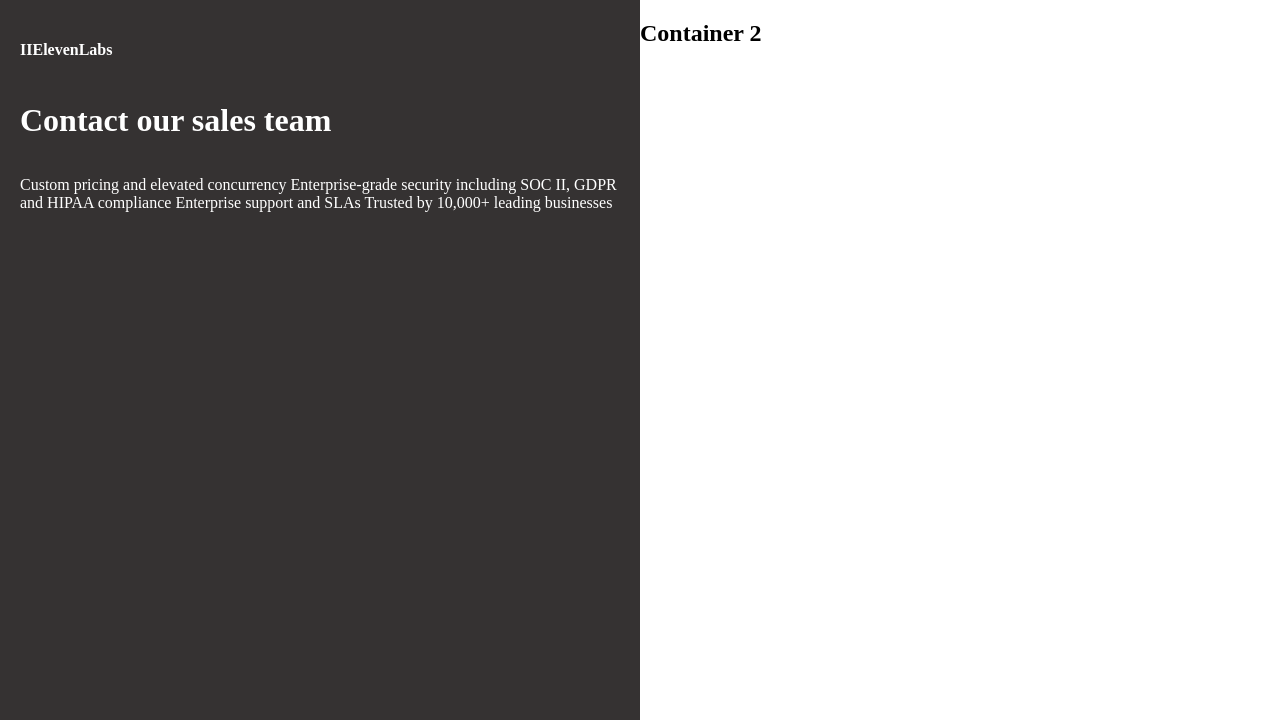
Repository: RohanSai22/harkirat-cohort-learnings
Page: Web/w1_a2.html
These files come from the project's save history. The page is drawn as it stood at one moment and after the next save; the edit follows.
The browser window is 1280 px wide. The pictures show the whole page.

Above is the page before, as saved 2026-03-24 12:05:41.

### Web/w1_a2.html
<html>
    <head>
        <title>Eleven Labs : Sales Page </title>
    </head>
    <body style="margin:0; padding:0">
        <div style ="min-height: 100vh; display: flex;">
            <div style="flex:1;background-color: rgb(53, 50, 50); color: white">
                <div style="display:flex;justify-content: space-between; flex-direction: column; margin: 20px;">
                    <h4>IIElevenLabs</h4>
                    <h1>Contact our sales team</h1>
                    <p>
                    Custom pricing and elevated concurrency
                    Enterprise-grade security including SOC II, GDPR and HIPAA compliance
                    Enterprise support and SLAs
                    Trusted by 10,000+ leading businesses
                    </p>
                </div>
            </div>
            <div style="flex:1;background-color: white;">
                 <h2>Container 2</h2>
            </div>
        </div>
    </body>
</html>

After the next save:
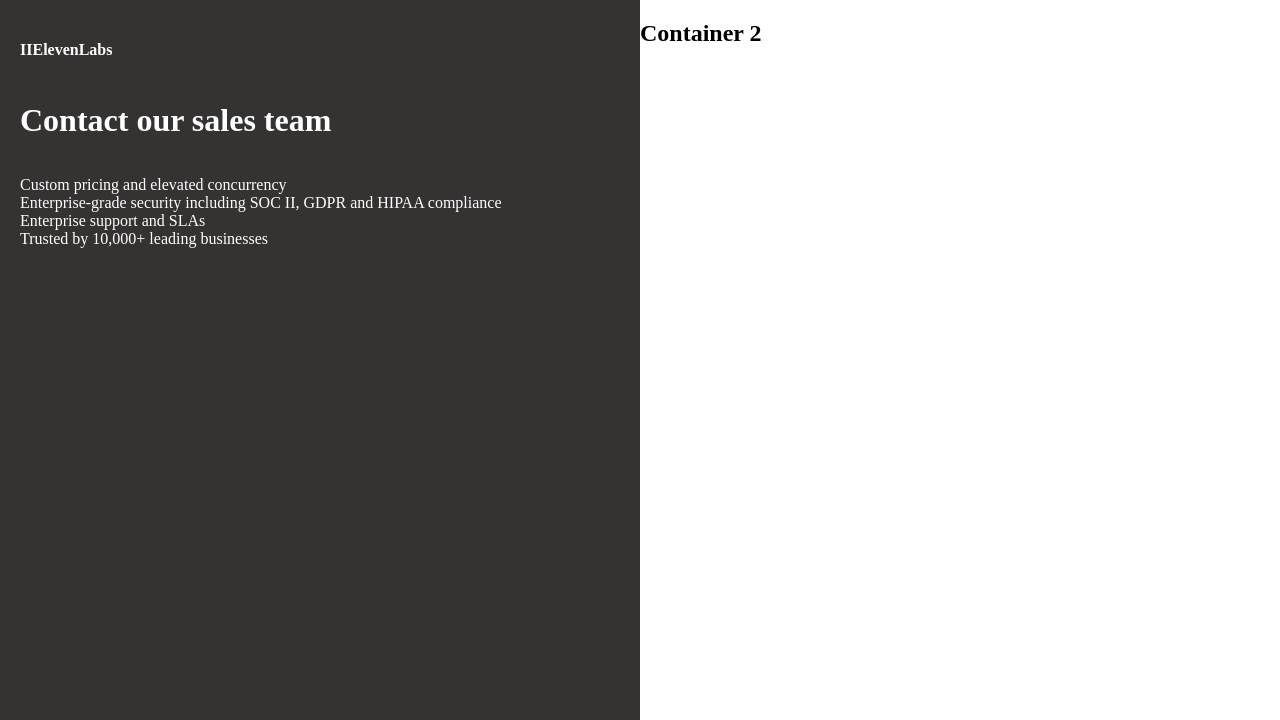
Saved 83 s later.
--- a/Web/w1_a2.html
+++ b/Web/w1_a2.html
@@ -9,9 +9,9 @@
                     <h4>IIElevenLabs</h4>
                     <h1>Contact our sales team</h1>
                     <p>
-                    Custom pricing and elevated concurrency
-                    Enterprise-grade security including SOC II, GDPR and HIPAA compliance
-                    Enterprise support and SLAs
+                    Custom pricing and elevated concurrency<br>
+                    Enterprise-grade security including SOC II, GDPR and HIPAA compliance<br>
+                    Enterprise support and SLAs<br>
                     Trusted by 10,000+ leading businesses
                     </p>
                 </div>
